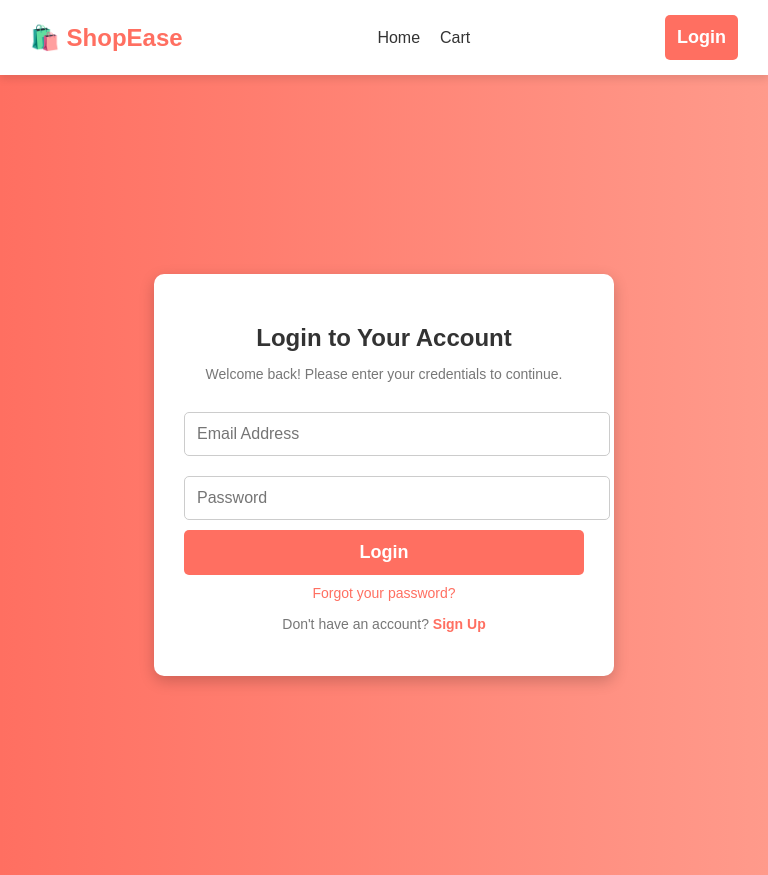
Repository: Hitesh8980/shop
Page: /login (app in ecommerce-frontend/)
The author's editor kept a copy of each file at every save. The page is drawn from the files as they stood at one save, then again after the next save.
The browser window is 768 px wide. The pictures show the whole page.
The project was rebuilt for these pictures with package versions that can differ from the ones it lists, and the page was loaded fresh each time. Also part of the build but not shown: ecommerce-frontend/vite.config.js, ecommerce-frontend/src/pages/Home.jsx, ecommerce-frontend/src/pages/Cart.jsx, ecommerce-frontend/src/utils/api.js, ecommerce-frontend/src/utils/razorpay.js, ecommerce-frontend/src/utils/auth.js, ecommerce-frontend/src/pages/Checkout.jsx, ecommerce-frontend/src/components/ProtectedRoute.jsx and 1 more.

Above is the page before, as saved 2025-03-18 21:05:38.

### ecommerce-frontend/index.html
<!doctype html>
<html lang="en">
  <head>
    <meta charset="UTF-8" />
    <script src="https://checkout.razorpay.com/v1/checkout.js"></script>
    <meta name="viewport" content="width=device-width, initial-scale=1.0" />
    <title>E-commerce</title>
  </head>
  <body>
    <div id="root"></div>
    <script type="module" src="/src/main.jsx"></script>
  </body>
</html>

### ecommerce-frontend/src/main.jsx
import React from "react";
import ReactDOM from "react-dom/client";
import { Provider } from "react-redux";
import App from "./App";
import store from "./redux/store";
import "./index.css";

ReactDOM.createRoot(document.getElementById("root")).render(
  <Provider store={store}>
    <App />
  </Provider>
);

### ecommerce-frontend/src/App.jsx
import React from "react";
import { BrowserRouter as Router, Routes, Route } from "react-router-dom";
import { Provider } from "react-redux";
import store from "./redux/store";
import Navbar from "./components/Navbar";
import Home from "./pages/Home";
import Cart from "./pages/Cart";
import Checkout from "./pages/Checkout";
import Login from "./pages/Login";
import PrivateRoute from "./components/ProtectedRoute";
import OrderTracking from "./components/OrderTracking";

const App = () => {
  return (
    <Provider store={store}>
      <Router>
        <Navbar />
        <Routes>
          <Route path="/" element={<Home />} />
          <Route path="/cart" element={<Cart />} />
          <Route path="/login" element={<Login />} />
          <Route path="/order-tracking" element={<OrderTracking />} />
          <Route
            path="/checkout"
            element={
              <PrivateRoute>
                <Checkout />
              </PrivateRoute>
            }
          />
        </Routes>
      </Router>
    </Provider>
  );
};

export default App;

### ecommerce-frontend/src/redux/store.js
import { configureStore } from "@reduxjs/toolkit";
import authReducer from "./authSlice";
import cartReducer from "./cartSlice";
import productReducer from "./productSlice";

const store = configureStore({
  reducer: {
    auth: authReducer,
    cart: cartReducer,
    product: productReducer,
  },
});

export default store;

### ecommerce-frontend/src/index.css
/* General Styles */
body {
  font-family: Arial, sans-serif;
  margin: 0;
  padding: 0;
  background-color: #f5f5f5;
}

/* Navbar Styles */
.navbar {
  display: flex;
  justify-content: space-between;
  align-items: center;
  background-color: #ffffff;
  padding: 15px 30px;
  box-shadow: 0px 4px 8px rgba(0, 0, 0, 0.1);
  position: sticky;
  top: 0;
  z-index: 1000;
}

/* Logo */
.logo a {
  font-size: 24px;
  font-weight: bold;
  color: #ff6f61;
  text-decoration: none;
}

/* Navigation Links */
.nav-links {
  display: flex;
  gap: 20px;
}

.nav-links a {
  font-size: 16px;
  color: #333;
  text-decoration: none;
  transition: color 0.3s ease-in-out;
}

.nav-links a:hover {
  color: #ff6f61;
}

/* Cart Badge */
.cart-link {
  position: relative;
}

.cart-badge {
  position: absolute;
  top: -5px;
  right: -10px;
  background-color: red;
  color: white;
  font-size: 12px;
  font-weight: bold;
  border-radius: 50%;
  padding: 3px 7px;
}

/* Auth Section */
.auth-section {
  display: flex;
  align-items: center;
  gap: 15px;
}

/* Buttons */
.login-button,
.logout-button {
  background-color: #ff6f61;
  color: white;
  padding: 8px 15px;
  border: none;
  border-radius: 5px;
  font-size: 14px;
  cursor: pointer;
  transition: background 0.3s ease;
}

.login-button:hover,
.logout-button:hover {
  background-color: #e65b50;
}

/* User Menu */
.user-menu {
  display: flex;
  align-items: center;
  gap: 10px;
}

.user-name {
  font-size: 14px;
  font-weight: bold;
  color: #333;
}


/* Product Card Styles */
.product-card {
  border: 1px solid #ddd;
  border-radius: 8px;
  padding: 16px;
  text-align: center;
  background-color: white;
  transition: transform 0.2s ease-in-out;
}

.product-card:hover {
  transform: scale(1.05);
}

.product-image {
  width: 100px;
  height: 100px;
  object-fit: cover;
}

.product-name {
  font-size: 16px;
  font-weight: bold;
  margin: 8px 0;
}

.product-price {
  color: #28a745;
  font-weight: bold;
}

.add-to-cart-button {
  padding: 8px 12px;
  border: none;
  background-color: #28a745;
  color: white;
  cursor: pointer;
  font-size: 14px;
  border-radius: 4px;
  margin-top: 8px;
}

.add-to-cart-button:hover {
  background-color: #218838;
}

/* Cart Page Styles */
.cart-container {
  max-width: 600px;
  margin: auto;
  padding: 20px;
  background: white;
  border-radius: 10px;
  box-shadow: 0 4px 8px rgba(0, 0, 0, 0.1);
}

.cart-item {
  display: flex;
  align-items: center;
  justify-content: space-between;
  border-bottom: 1px solid #ddd;
  padding: 10px 0;
}

.cart-image {
  width: 80px;
  height: 80px;
  object-fit: cover;
  border-radius: 5px;
}

.cart-details {
  flex: 1;
  padding-left: 10px;
}

.item-name {
  font-weight: bold;
}

.quantity-controls {
  display: flex;
  align-items: center;
  gap: 10px;
  margin: 10px 0;
}

.qty-btn {
  background: #ff6f61;
  color: white;
  border: none;
  padding: 5px 10px;
  cursor: pointer;
  font-size: 16px;
}

.qty-btn:disabled {
  background: gray;
  cursor: not-allowed;
}

.remove-button {
  background: red;
  color: white;
  border: none;
  padding: 5px 10px;
  cursor: pointer;
  font-size: 14px;
}

.checkout-button {
  width: 100%;
  background: #ff6f61;
  color: white;
  padding: 10px;
  border: none;
  cursor: pointer;
  font-size: 16px;
  margin-top: 10px;
}

.checkout-button:hover {
  background: #e65b50;
}

/* Home Page Styles */
.home-container {
  padding: 20px;
}

.product-grid {
  display: grid;
  grid-template-columns: repeat(auto-fill, minmax(200px, 1fr));
  gap: 16px;
}

.loading-text {
  font-size: 18px;
  font-weight: bold;
  text-align: center;
}
/* General Container */
.products-container {
  display: grid;
  grid-template-columns: repeat(auto-fit, minmax(250px, 1fr));
  gap: 20px;
  padding: 20px;
  justify-content: center;
}

/* Product Card */
.product-card {
  border: 1px solid #ddd;
  border-radius: 8px;
  padding: 15px;
  background-color: #fff;
  box-shadow: 0px 4px 6px rgba(0, 0, 0, 0.1);
  transition: transform 0.3s ease-in-out;
  text-align: center;
}

.product-card:hover {
  transform: translateY(-5px);
}

/* Product Image */
.product-image {
  width: 100%;
  max-height: 200px;
  object-fit: contain;
  border-bottom: 1px solid #ddd;
  margin-bottom: 10px;
}

/* Product Name */
.product-name {
  font-size: 16px;
  font-weight: bold;
  margin: 10px 0;
  color: #333;
}

/* Brand & Price */
.product-brand,
.product-price {
  font-size: 14px;
  color: #666;
  margin: 5px 0;
}

/* Description */
.product-description {
  font-size: 13px;
  color: #444;
  margin: 10px 0;
  height: 50px;
  overflow: hidden;
  text-overflow: ellipsis;
}

/* Buttons */
.product-buttons {
  display: flex;
  justify-content: space-around;
  margin-top: 10px;
}

.add-to-cart,
.buy-now {
  padding: 8px 12px;
  font-size: 14px;
  border: none;
  cursor: pointer;
  border-radius: 5px;
  transition: background 0.3s;
}

.add-to-cart {
  background-color: #ff9800;
  color: white;
}

.add-to-cart:hover {
  background-color: #e68900;
}

.buy-now {
  background-color: #f44336;
  color: white;
}

.buy-now:hover {
  background-color: #d32f2f;
}

/* Order Tracking Page Styles */
.order-tracking-container {
  max-width: 800px;
  margin: 40px auto;
  padding: 20px;
  background: #fff;
  box-shadow: 0 4px 10px rgba(0, 0, 0, 0.1);
  border-radius: 8px;
}

h2 {
  text-align: center;
  color: #333;
}

.order-card {
  padding: 20px;
  border: 1px solid #ddd;
  border-radius: 8px;
  background: #f9f9f9;
}

.status {
  font-weight: bold;
  color: #007bff;
}

/* Progress Bar */
.progress-container {
  width: 100%;
  background: #ddd;
  border-radius: 10px;
  margin: 15px 0;
}

.progress-bar {
  height: 10px;
  background: #007bff;
  width: 0%;
  border-radius: 10px;
  transition: width 0.5s ease-in-out;
}

/* Order Items */
.order-items {
  list-style: none;
  padding: 0;
}

.order-item {
  display: flex;
  align-items: center;
  padding: 10px;
  border-bottom: 1px solid #ddd;
}

.order-item img {
  width: 80px;
  height: 80px;
  object-fit: cover;
  border-radius: 5px;
  margin-right: 15px;
}

.order-item div {
  flex: 1;
}

@media (max-width: 600px) {
  .order-tracking-container {
    width: 90%;
    padding: 10px;
  }
}

/* Login Container */
.login-container {
  display: flex;
  justify-content: center;
  align-items: center;
  height: 100vh;
  background: linear-gradient(to right, #ff6f61, #ff9a8b);
}

/* Login Box */
.login-box {
  width: 400px;
  padding: 30px;
  background: white;
  border-radius: 10px;
  box-shadow: 0px 5px 15px rgba(0, 0, 0, 0.2);
  text-align: center;
}

/* Login Heading */
.login-box h2 {
  font-size: 24px;
  font-weight: 700;
  color: #333;
  margin-bottom: 10px;
}

/* Subtext */
.login-subtext {
  font-size: 14px;
  color: #777;
  margin-bottom: 20px;
}

/* Input Fields */
.login-input {
  width: 100%;
  padding: 12px;
  margin: 10px 0;
  border: 1px solid #ccc;
  border-radius: 5px;
  font-size: 16px;
  outline: none;
  transition: 0.3s;
}

.login-input:focus {
  border-color: #ff6f61;
  box-shadow: 0px 0px 5px rgba(255, 111, 97, 0.5);
}

/* Login Button */
.login-button {
  width: 100%;
  background: #ff6f61;
  color: white;
  font-size: 18px;
  font-weight: bold;
  padding: 12px;
  border: none;
  border-radius: 5px;
  cursor: pointer;
  transition: 0.3s;
}

.login-button:hover {
  background: #e65b50;
}

/* Forgot Password */
.forgot-password {
  margin-top: 10px;
  font-size: 14px;
  color: #ff6f61;
  cursor: pointer;
  transition: 0.3s;
}

.forgot-password:hover {
  text-decoration: underline;
}

/* Signup Link */
.signup-link {
  margin-top: 15px;
  font-size: 14px;
  color: #777;
}

.signup-link a {
  color: #ff6f61;
  font-weight: bold;
  text-decoration: none;
}

.signup-link a:hover {
  text-decoration: underline;
}

/* Responsive Design */
@media (max-width: 480px) {
  .login-box {
    width: 90%;
    padding: 20px;
  }

  .login-button {
    font-size: 16px;
  }
}

### ecommerce-frontend/src/components/Navbar.jsx
import { Link } from "react-router-dom";
import { useSelector, useDispatch } from "react-redux";
import { logout } from "../redux/authSlice";
import "../index.css";

const Navbar = () => {
  const dispatch = useDispatch();
  const { user } = useSelector((state) => state.auth);
  const cartItems = useSelector((state) => state.cart.cart.length);

  const handleLogout = () => {
    dispatch(logout());
  };

  return (
    <nav className="navbar">
      <div className="logo">
        <Link to="/">🛍️ ShopEase</Link>
      </div>

      <div className="nav-links">
        <Link to="/">Home</Link>
        <Link to="/cart" className="cart-link">
          Cart
          {cartItems > 0 && <span className="cart-badge">{cartItems}</span>}
        </Link>
      </div>

      <div className="auth-section">
        {user ? (
          <div className="user-menu">
            <span className="user-name">👤 {user.name}</span>
            <button className="logout-button" onClick={handleLogout}>
              Logout
            </button>
          </div>
        ) : (
          <Link to="/login">
            <button className="login-button">Login</button>
          </Link>
        )}
      </div>
    </nav>
  );
};

export default Navbar;

### ecommerce-frontend/src/pages/Login.jsx
import { useState } from "react";
import { useDispatch } from "react-redux";
import { login } from "../redux/authSlice";
import "../index.css";

const Login = () => {
  const [email, setEmail] = useState("");
  const [password, setPassword] = useState("");
  const dispatch = useDispatch();

  const handleLogin = () => {
    dispatch(login({ email, password }));
  };

  return (
    <div className="login-container">
      <div className="login-box">
        <h2>Login to Your Account</h2>
        <p className="login-subtext">Welcome back! Please enter your credentials to continue.</p>

        <input
          type="email"
          placeholder="Email Address"
          value={email}
          onChange={(e) => setEmail(e.target.value)}
          className="login-input"
        />

        <input
          type="password"
          placeholder="Password"
          value={password}
          onChange={(e) => setPassword(e.target.value)}
          className="login-input"
        />

        <button onClick={handleLogin} className="login-button">Login</button>

        <p className="forgot-password">Forgot your password?</p>

        <p className="signup-link">
          Don't have an account? <a href="/signup">Sign Up</a>
        </p>
      </div>
    </div>
  );
};

export default Login;

### ecommerce-frontend/src/redux/authSlice.js
import { createSlice } from "@reduxjs/toolkit";

const initialState = {
  user: JSON.parse(localStorage.getItem("user")) || null,
};

const authSlice = createSlice({
  name: "auth",
  initialState,
  reducers: {
    login: (state, action) => {
      state.user = action.payload;
      localStorage.setItem("user", JSON.stringify(action.payload));
    },
    logout: (state) => {
      state.user = null;
      localStorage.removeItem("user");
    },
  },
});

export const { login, logout } = authSlice.actions;
export default authSlice.reducer;

### ecommerce-frontend/src/redux/cartSlice.js
import { createSlice } from "@reduxjs/toolkit";

const loadCartFromLocalStorage = () => {
  try {
    const storedCart = localStorage.getItem("cart");
    return storedCart ? JSON.parse(storedCart) : [];
  } catch (error) {
    console.error("Error loading cart from localStorage:", error);
    return [];
  }
};

const saveCartToLocalStorage = (cart) => {
  try {
    localStorage.setItem("cart", JSON.stringify(cart));
  } catch (error) {
    console.error("Error saving cart:", error);
  }
};

const cartSlice = createSlice({
  name: "cart",
  initialState: {
    cart: loadCartFromLocalStorage(),
  },
  reducers: {
    addToCart: (state, action) => {
      const item = action.payload;
      const existingItem = state.cart.find((cartItem) => cartItem._id === item._id);

      if (existingItem) {
        existingItem.quantity += 1;
      } else {
        state.cart.push({ ...item, quantity: 1 });
      }

      saveCartToLocalStorage(state.cart);
    },
    removeFromCart: (state, action) => {
      state.cart = state.cart.filter((item) => item._id !== action.payload);
      saveCartToLocalStorage(state.cart);
    },
    updateQuantity: (state, action) => {
      const { id, amount } = action.payload;
      const item = state.cart.find((cartItem) => cartItem._id === id);
      if (item) {
        item.quantity += amount;
        if (item.quantity < 1) item.quantity = 1;
      }
      saveCartToLocalStorage(state.cart);
    },
    clearCart: (state) => {
      state.cart = [];
      localStorage.removeItem("cart");
    },
    reloadCart: (state) => {
      state.cart = loadCartFromLocalStorage();
    },
  },
});

export const { addToCart, removeFromCart, updateQuantity, clearCart, reloadCart } = cartSlice.actions;
export default cartSlice.reducer;

### ecommerce-frontend/src/redux/productSlice.js
import { createSlice, createAsyncThunk } from "@reduxjs/toolkit";
import axios from "axios";

export const fetchProducts = createAsyncThunk("products/fetch", async () => {
  const response = await axios.get("https://onemg-1.onrender.com/product/view-pro");
  return response.data;
});

const productSlice = createSlice({
  name: "product",
  initialState: { products: [], loading: false },
  extraReducers: (builder) => {
    builder
      .addCase(fetchProducts.pending, (state) => {
        state.loading = true;
      })
      .addCase(fetchProducts.fulfilled, (state, action) => {
        state.loading = false;
        state.products = action.payload;
      })
      .addCase(fetchProducts.rejected, (state) => {
        state.loading = false;
      });
  },
});

export default productSlice.reducer;

After the next save:
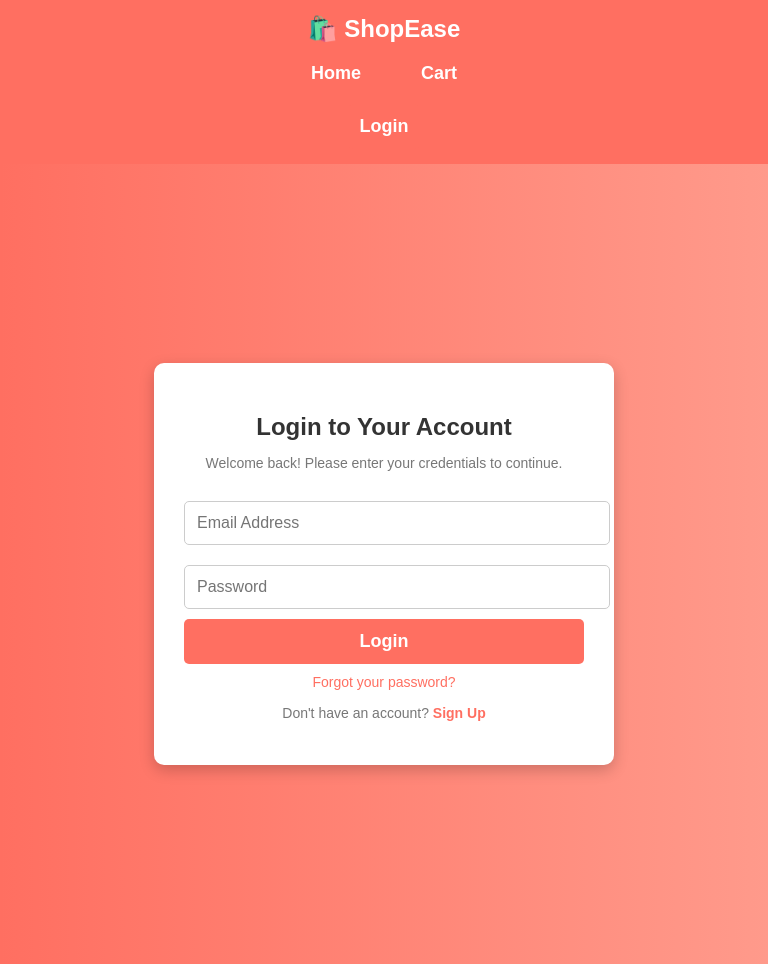
Saved 33 s later.
--- a/ecommerce-frontend/src/index.css
+++ b/ecommerce-frontend/src/index.css
@@ -7,24 +7,28 @@ body {
 }
 
 /* Navbar Styles */
+/* Navbar Styling */
 .navbar {
   display: flex;
   justify-content: space-between;
   align-items: center;
-  background-color: #ffffff;
-  padding: 15px 30px;
-  box-shadow: 0px 4px 8px rgba(0, 0, 0, 0.1);
-  position: sticky;
-  top: 0;
-  z-index: 1000;
+  padding: 15px 40px;
+  background: #ff6f61;
+  color: white;
+  box-shadow: 0px 4px 10px rgba(0, 0, 0, 0.1);
 }
 
 /* Logo */
 .logo a {
   font-size: 24px;
   font-weight: bold;
-  color: #ff6f61;
   text-decoration: none;
+  color: white;
+  transition: 0.3s;
+}
+
+.logo a:hover {
+  color: #ffe2e0;
 }
 
 /* Navigation Links */
@@ -34,31 +38,40 @@ body {
 }
 
 .nav-links a {
-  font-size: 16px;
-  color: #333;
   text-decoration: none;
-  transition: color 0.3s ease-in-out;
+  font-size: 18px;
+  font-weight: bold;
+  color: white;
+  padding: 10px 20px;
+  border-radius: 8px;
+  transition: 0.3s;
+  position: relative;
 }
 
 .nav-links a:hover {
+  background: rgba(255, 255, 255, 0.2);
+  transform: scale(1.1);
+}
+
+/* Cart Link */
+.cart-link {
+  display: flex;
+  align-items: center;
+  gap: 8px;
+  position: relative;
+}
+
+/* Cart Badge */
+.cart-badge {
+  background: #ffffff;
   color: #ff6f61;
-}
-
-/* Cart Badge */
-.cart-link {
-  position: relative;
-}
-
-.cart-badge {
+  font-size: 12px;
+  font-weight: bold;
+  padding: 4px 8px;
+  border-radius: 50%;
   position: absolute;
   top: -5px;
   right: -10px;
-  background-color: red;
-  color: white;
-  font-size: 12px;
-  font-weight: bold;
-  border-radius: 50%;
-  padding: 3px 7px;
 }
 
 /* Auth Section */
@@ -66,38 +79,48 @@ body {
   display: flex;
   align-items: center;
   gap: 15px;
+}
+
+.user-name {
+  font-size: 16px;
+  font-weight: bold;
 }
 
 /* Buttons */
 .login-button,
 .logout-button {
-  background-color: #ff6f61;
-  color: white;
-  padding: 8px 15px;
+  background: white;
+  color: #ff6f61;
+  font-size: 16px;
+  font-weight: bold;
+  padding: 10px 15px;
   border: none;
   border-radius: 5px;
-  font-size: 14px;
-  cursor: pointer;
-  transition: background 0.3s ease;
+  cursor: pointer;
+  transition: 0.3s;
 }
 
 .login-button:hover,
 .logout-button:hover {
-  background-color: #e65b50;
-}
-
-/* User Menu */
-.user-menu {
-  display: flex;
-  align-items: center;
-  gap: 10px;
-}
-
-.user-name {
-  font-size: 14px;
-  font-weight: bold;
-  color: #333;
-}
+  background: #ffe2e0;
+}
+
+/* Responsive Design */
+@media (max-width: 768px) {
+  .navbar {
+    flex-direction: column;
+    padding: 15px 20px;
+  }
+
+  .nav-links {
+    margin-top: 10px;
+  }
+
+  .auth-section {
+    margin-top: 10px;
+  }
+}
+
 
 
 /* Product Card Styles */
